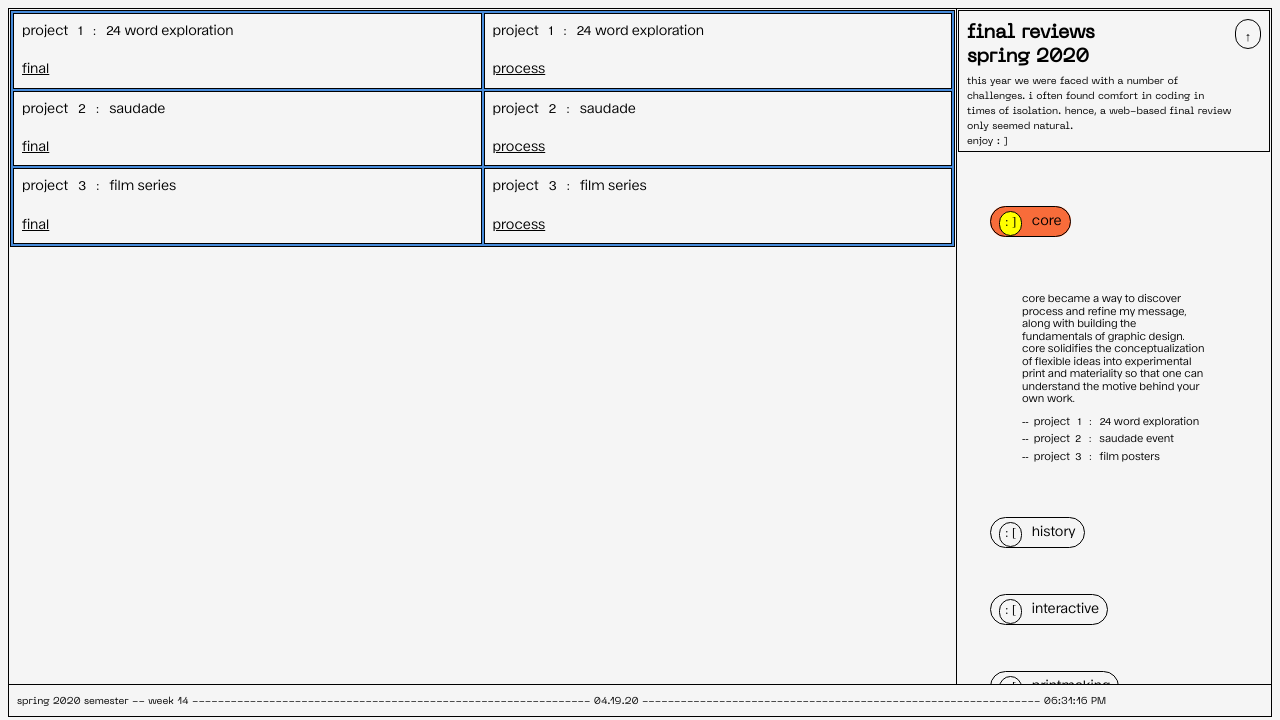
Repository: ayoungblood2/Spring-Semester-2020
Page: index v2/classes/core.html
The author's editor kept a copy of each file at every save. The page is drawn from the files as they stood at one save, then again after the next save.
The browser window is 1280 px wide. The pictures show the whole page.
Some web libraries are served in a nearby version.

Above is the page before, as saved 2020-04-19 21:38:50.

After the next save:
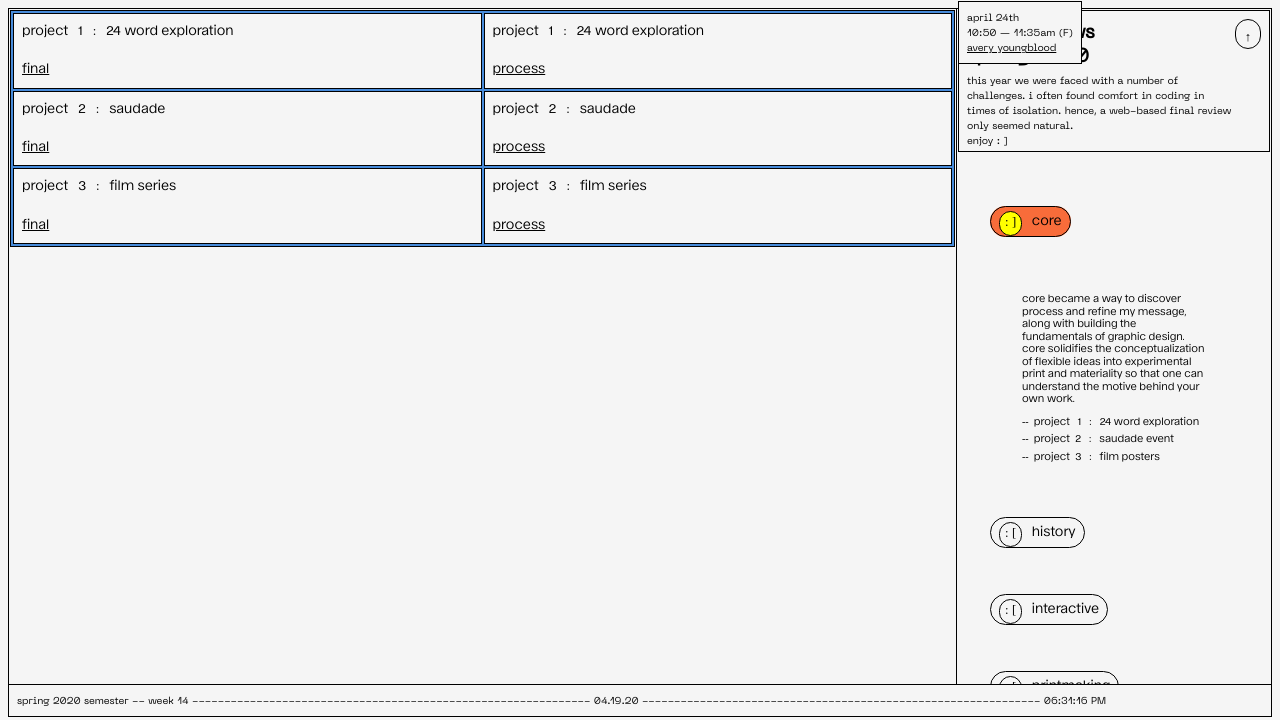
Saved 35 s later.
--- a/index v2/classes/core.html
+++ b/index v2/classes/core.html
@@ -328,7 +328,7 @@
             </nav>
 
 
-            <header class="PageHeader PageHeader--home" style="top:0;">
+            <header class="PageHeader PageHeader--home" style="top:0;position:fixed;">
 
                 <section class="PageHeader-classInfo">
                     april 24th
